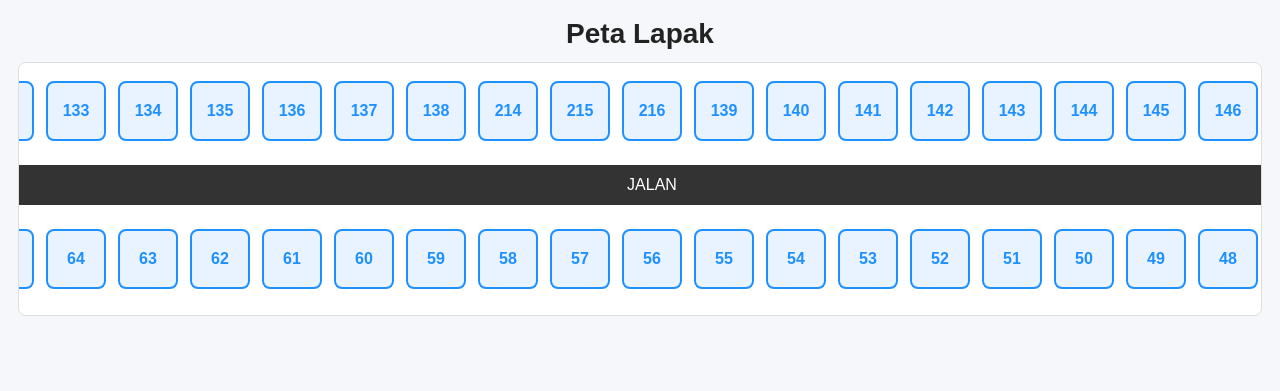
Repository: pasarrakyatbak/denah
Page: index.html
The author's editor kept a copy of each file at every save. The page is drawn from the files as they stood at one save, then again after a run of saves.
The browser window is 1280 px wide. The pictures show the whole page.

Above is the page before, as saved 2025-09-19 08:19:46.

After the next 2 saves:
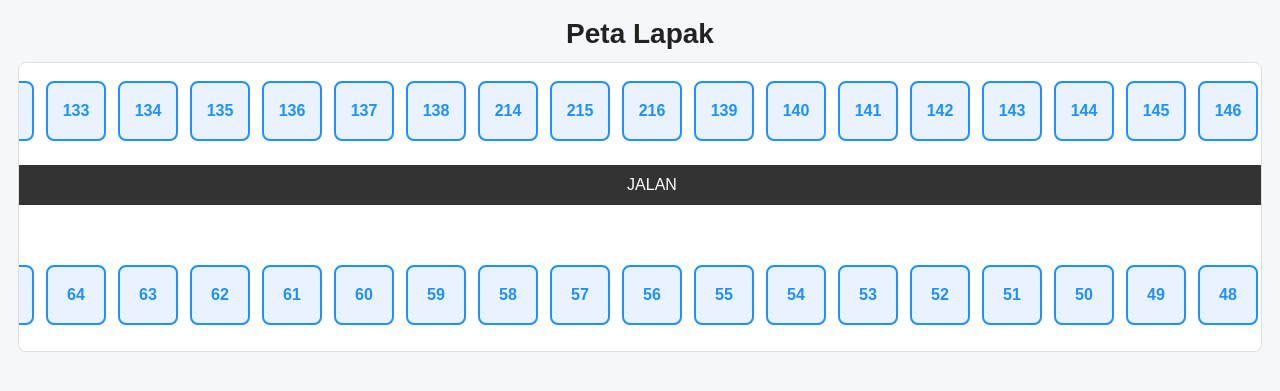
The 2 saves are shown as one change because they came seconds apart.
The last was saved 11 s later.
--- a/script.js
+++ b/script.js
@@ -77,3 +77,36 @@ window.addEventListener('resize', () => {
     clearTimeout(window._adjustTimeout);
     window._adjustTimeout = setTimeout(adjustRoadAndWidth, 120);
 });
+
+// === GAPURA: di antara 57 dan 58 (sisi kiri) ===
+function insertGapura(leftParent, a, b, label = 'Gapura Selamat Datang') {
+    const children = Array.from(leftParent.children);
+    const idxA = children.findIndex(c => c.textContent == String(a));
+    const idxB = children.findIndex(c => c.textContent == String(b));
+    if (idxA === -1 || idxB === -1) return;
+
+    // Buat wrapper container agar gapura tembus dari kiri ke kanan
+    const wrapper = document.createElement('div');
+    wrapper.style.display = "flex";
+    wrapper.style.alignItems = "center";
+    wrapper.style.justifyContent = "center";
+    wrapper.style.gap = "10px";
+
+    // Tambah gapura
+    const gapura = document.createElement('div');
+    gapura.className = "gapura";
+    gapura.textContent = label;
+    wrapper.appendChild(gapura);
+
+    // Insert ke bawah (di sisi kiri tapi membentang ke tengah)
+    const insertAfterIndex = Math.min(idxA, idxB);
+    const refNode = leftParent.children[insertAfterIndex + 1] || null;
+    leftParent.insertBefore(wrapper, refNode);
+
+    // Geser posisi supaya gapura menyeberang jalan
+    const roadEl = document.getElementById('road');
+    roadEl.parentNode.insertBefore(wrapper, roadEl.nextSibling);
+}
+
+// Panggil fungsi untuk buat gapura di antara 57 dan 58
+insertGapura(leftSide, 57, 58);
